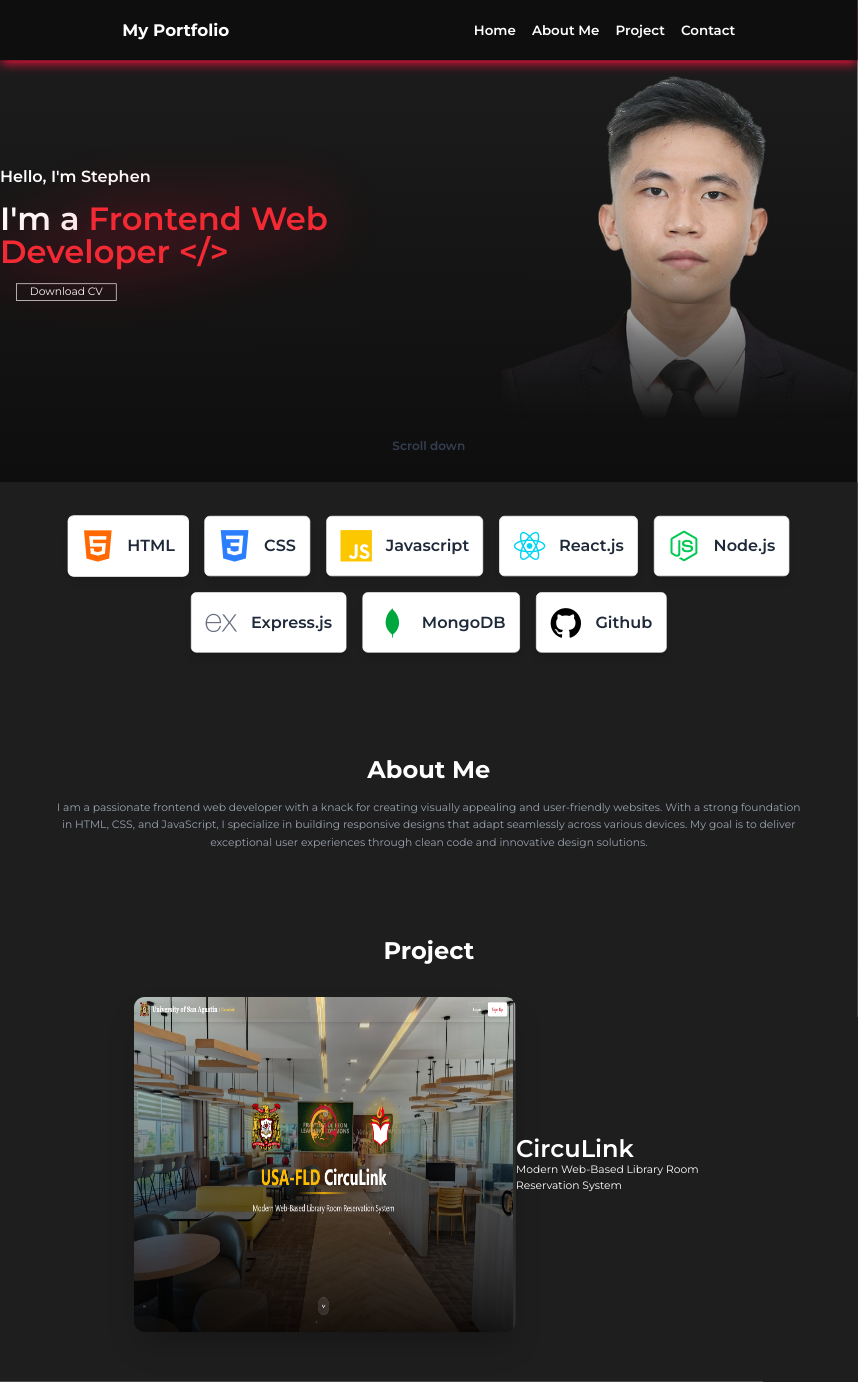
Repository: KaguyaKawaii/portfolio
Page: / (app in frontend/)
The author's editor kept a copy of each file at every save. The page is drawn from the files as they stood at one save, then again after the next save.
The browser window is 1280 px wide. The pictures show the whole page, at 67% of full size.
Some web libraries are served in a nearby version. The project was rebuilt for these pictures with package versions that can differ from the ones it lists, and the page was loaded fresh each time. Also part of the build but not shown: frontend/vite.config.js.

Above is the page before, as saved 2025-10-28 23:38:48.

### frontend/src/main.jsx
import { StrictMode } from 'react'
import { createRoot } from 'react-dom/client'
import './index.css'
import App from './App.jsx'
import "devicon/devicon.min.css";



createRoot(document.getElementById('root')).render(
  <StrictMode>
    <App />
  </StrictMode>,
)

### frontend/src/index.css
/* ✅ 1️⃣ Google Fonts first */
@import url('https://fonts.googleapis.com/css2?family=Montserrat:wght@400;500;600;700&display=swap');

/* ✅ 2️⃣ Then Tailwind (only once) */
@import "tailwindcss";

/* ✅ 3️⃣ Optional: your own CSS rules */
body {
  font-family: 'Montserrat', sans-serif;
}

html {
  scroll-behavior: smooth;
}

### frontend/src/App.jsx
import { useState } from 'react'
import pic from './assets/image.png'
import project from './assets/project.png'
import project2 from './assets/project2.png'


function App() {

  return (
    <>
      <header className='bg-[#0F0E0E] h-[90px] w-full shadow-lg shadow-[#dc143c] fixed top-0 z-50'>
        <div className='flex justify-around items-center h-full text-white'>
          <h1 className='font-bold font-montserrat text-[25px]'>My Portfolio</h1>

          <div className='flex font-montserrat gap-6 font-semibold text-[20px]'>

            <button
              onClick={() => {
                document.getElementById("home").scrollIntoView();
              }}
              className="hover:text-red-500 duration-300 cursor-pointer"
            >

            <p className=''>Home</p>
            </button>

            <button
              onClick={() => {
                document.getElementById("about").scrollIntoView();
              }}
              className="hover:text-red-500 duration-300 cursor-pointer"
            >

            <p>About Me</p>
            </button>

            <button
              onClick={() => {
                document.getElementById("project").scrollIntoView();
              }}
              className="hover:text-red-500 duration-300 cursor-pointer"
            >

            <p>Project</p>
            </button>

            <p>Contact</p>
          </div>
        </div>
      </header>

      <body className='bg-linear-180 from-[#1E1E1E] to-[#0F0E0E] h-screen text-white'>
        <div id='home' className='flex justify-around items-center h-screen'>
          <div>
            <div className='text-2xl'>
              <h1 className='font-semibold'>Hello, I'm Stephen</h1>

            </div>
            <div className='mt-6 animate-fade-in'>
              <p className='font-semibold text-5xl'>I'm a  <span className="drop-shadow-[0_0_50px_#dc143c] text-red-500 animate-pulse">Frontend Web Developer &lt;/&gt;</span></p>

              <div className='m-6'>

                  <p className='border w-[150px] text-center'>Download CV</p>

              </div>

            </div>
          </div>

          <div className=''>
          <img
            src={pic}
            alt="profile"
            className="w-full h-full object-cover rounded-4xl"
            style={{
              maskImage: "linear-gradient(to bottom, black 50%, transparent 100%)",
              WebkitMaskImage: "linear-gradient(to bottom, black 50%, transparent 100%)",
            }}
          />
          </div>
        </div>

        <div className='flex justify-center items-center text-gray-700 text-lg font-montserrat font-semibold animate-pulse absolute bottom-10 w-full'>
          Scroll down
        </div>

          {/* Body 2 */}
          <div className='h-full w-full pt-20 pb-20 bg-[#1E1E1E] '>

            <div className='flex gap-6 justify-center items-center h-[20vh] font-semibold text-3xl text-white'>
              <div className="flex flex-wrap gap-6 justify-center">

                <div className="flex flex-wrap gap-6 justify-center text-white">
                  {/* HTML5 */}
                  <div className="flex items-center hover:scale-110 transition-all ring-1 hover:ring-red-100 rounded-lg p-5 gap-5 bg-white shadow-lg hover:shadow-red-500 duration-500">
                    <i className="devicon-html5-plain text-orange-500 text-5xl"></i>
                    <p className='text-2xl text-gray-800 font-semibold'>HTML</p>
                  </div>

                  {/* CSS3 */}
                  <div className="flex items-center hover:scale-110 transition-transform border rounded-lg p-5 gap-5 bg-white shadow-lg hover:shadow-red-500 duration-500">
                    <i className="devicon-css3-plain text-blue-500 text-5xl"></i>
                    <p className='text-2xl text-gray-800 font-semibold'>CSS</p>
                  </div>

                  {/* JavaScript */}
                  <div className="flex items-center hover:scale-110 transition-transform border rounded-lg p-5 gap-5 bg-white shadow-lg hover:shadow-red-500 duration-500">
                    <i className="devicon-javascript-plain text-yellow-400 text-5xl"></i>
                    <p className='text-2xl text-gray-800 font-semibold'>Javascript</p>
                  </div>

                  {/* React.js */}
                  <div className="flex items-center hover:scale-110 transition-transform border rounded-lg p-5 gap-5 bg-white shadow-lg hover:shadow-red-500 duration-500">
                    <i className="devicon-react-original text-cyan-400 text-5xl"></i>
                    <p className='text-2xl text-gray-800 font-semibold'>React.js</p>
                  </div>



                  {/* Node.js */}
                  <div className="flex items-center hover:scale-110 transition-transform border rounded-lg p-5 gap-5 bg-white shadow-lg hover:shadow-red-500 duration-500">
                    <i className="devicon-nodejs-plain text-green-500 text-5xl"></i>
                    <p className='text-2xl text-gray-800 font-semibold'>Node.js</p>
                  </div>

                  {/* Express.js */}
                  <div className="flex items-center hover:scale-110 transition-transform border rounded-lg p-5 gap-5 bg-white shadow-lg hover:shadow-red-500 duration-500">
                    <i className="devicon-express-original text-gray-500 text-5xl"></i>
                    <p className='text-2xl text-gray-800 font-semibold'>Express.js</p>
                  </div>

                  {/* MongoDB */}
                  <div className="flex items-center hover:scale-110 transition-transform border rounded-lg p-5 gap-5 bg-white shadow-lg hover:shadow-red-500 duration-500">
                    <i className="devicon-mongodb-plain text-green-600 text-5xl"></i>
                    <p className='text-2xl text-gray-800 font-semibold'>MongoDB</p>
                  </div>

                  {/* GitHub */}
                  <div className="flex items-center hover:scale-110 transition-transform border rounded-lg p-5 gap-5 bg-white shadow-lg hover:shadow-red-500 duration-500">
                    <i className="devicon-github-original text-black text-5xl"></i>
                    <p className='text-2xl text-gray-800 font-semibold'>Github</p>

                  </div>
                </div>

              </div>

            </div>



          </div>

          <div id='about' className='h-full pt-6 pb-6 bg-[#1E1E1E]'>
              <h1 className='text-white font-montserrat text-4xl font-bold text-center pt-20'>About Me</h1>
              <p className='text-gray-400 font-montserrat text-center mt-6 mx-20 leading-relaxed'>
                I am a passionate frontend web developer with a knack for creating visually appealing and user-friendly websites. With a strong foundation in HTML, CSS, and JavaScript, I specialize in building responsive designs that adapt seamlessly across various devices. My goal is to deliver exceptional user experiences through clean code and innovative design solutions.
              </p>

          </div>

          <div id='project' className='h-full pt-6 pb-6 bg-[#1E1E1E]'>

            <h1 className='text-white font-montserrat text-4xl font-bold text-center pt-20'>Project</h1>

              <div className='flex flex-col'>
                <div className='flex items-center justify-between mx-50  h-[600px]'>

                  <div>
                    <a href="https://circulink-beta-testing.vercel.app/" target="_blank" rel="">
                    <img src={project}
                    className='rounded-2xl shadow-2xl hover:shadow-red-800 transition-all duration-500 hover:scale-110 w-[800px] h-[500px]'
                    alt="" />
                    </a>
                  </div>

                  <div className=''>
                    <h1 className='text-4xl font-semibold' >CircuLink</h1>
                    <p>Modern Web-Based Library Room Reservation System</p>
                  </div>

                </div>

                {/* <div className='flex items-center justify-between mx-50  h-[600px]'>
                   <div className='text-left'>
                    <h1 className='text-4xl font-semibold' >DeliverDash</h1>
                    <p>Fast and Reliable Delivery Services</p>
                  </div>

                  <div>
                    <img src={project2}
                    className='rounded-2xl  shadow-2xl hover:shadow-red-800 transition-all duration-500 hover:scale-110 w-[800px] h-[500px]'
                    alt="" />
                  </div>



                </div> */}


              </div>
          </div>
      </body>




    </>
  )
}

export default App

Loaded but not shown: frontend/index.html (common file)

After the next save:
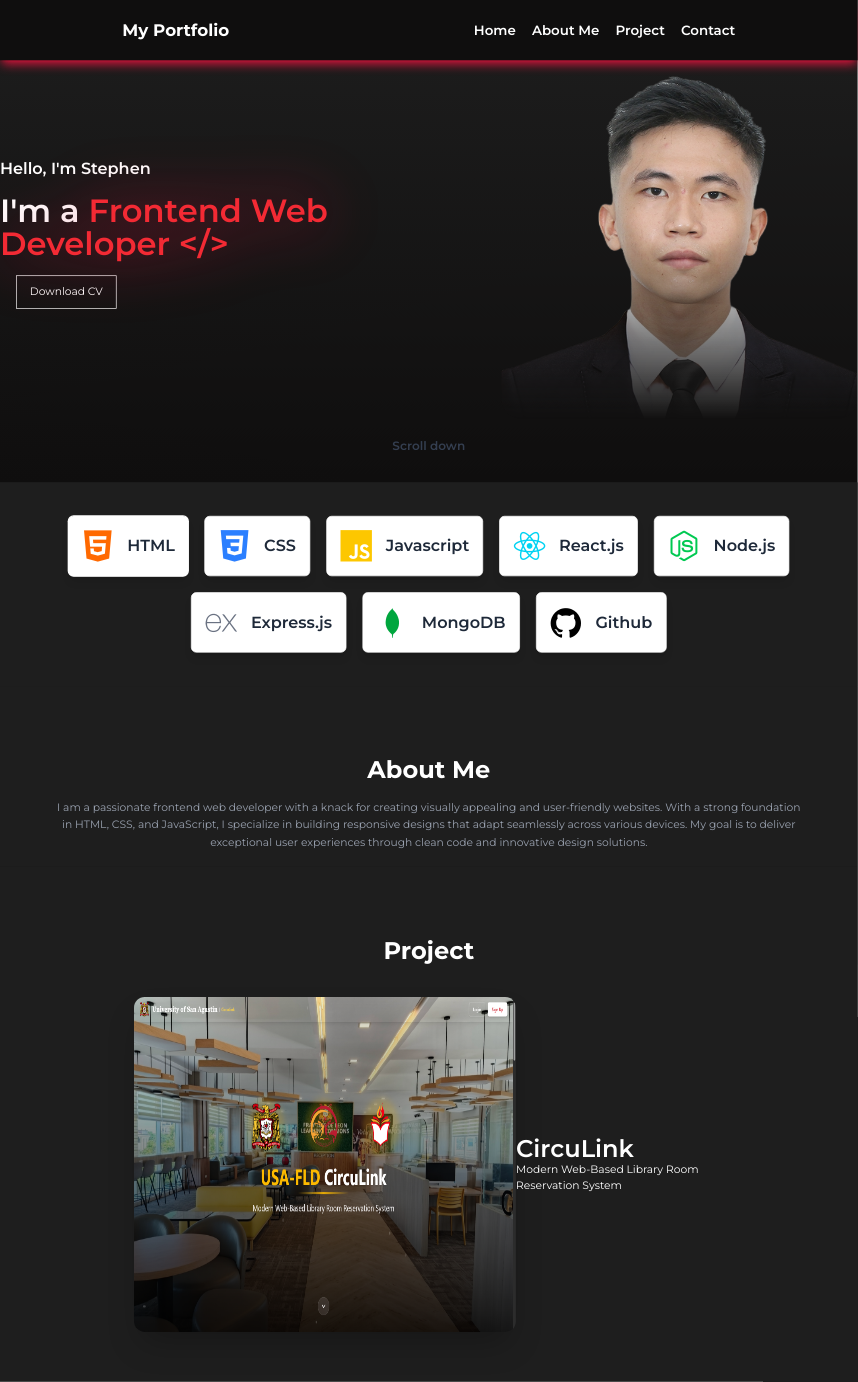
Saved 7 s later.
--- a/frontend/src/App.jsx
+++ b/frontend/src/App.jsx
@@ -61,7 +61,7 @@
 
               <div className='m-6'>
 
-                  <p className='border w-[150px] text-center'>Download CV</p>
+                  <p className='border w-[150px] p-3 text-center'>Download CV</p>
 
               </div>
 
